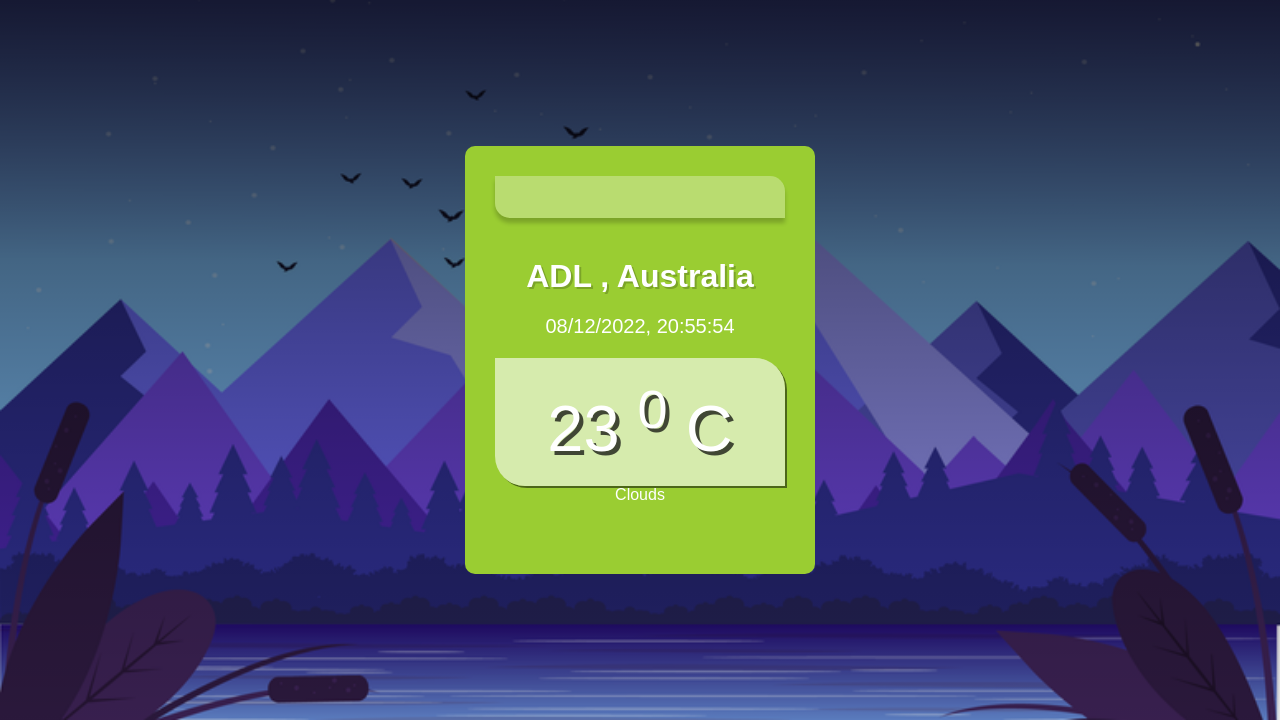
Repository: andrewhuynh561/weather-app-1
Page: index.html
These files come from the project's save history. The page is drawn as it stood at one moment and after the next save; the edit follows.
The browser window is 1280 px wide. The pictures show the whole page.

Above is the page before, as saved 2022-12-08 21:06:27.

### index.html
<!DOCTYPE html>
<html lang="en">
<head>
    <meta charset="UTF-8">
    <meta http-equiv="X-UA-Compatible" content="IE=edge">
    <meta name="viewport" content="width=device-width, initial-scale=1.0">
    <title>Weather app</title>
    <link
     rel="stylesheet"
     href="https://cdnjs.cloudflare.com/ajax/libs/font-awesome/6.0.0-beta2/css/all.min.css"
     integrity="sha512-YWzhKL2whUzgiheMoBFwW8CKV4qpHQAEuvilg9FAn5VJUDwKZZxkJNuGM4XkWuk94WCrrwslk8yWNGmY1EduTA=="
     crossorigin="anonymous"
     referrerpolicy="no-referrer">
    <link rel="stylesheet" href="style.css">
</head>
<body>
    <div id="weather">
        <input type="text" class="search">
        <div class="content">
            <h1 class="capital">
                <span class="city">ADL</span>
                <span>,</span>
                <span class="country">Australia</span>
            </h1>

            <div class="time">08/12/2022, 20:55:54</div>

            <div class="temperature">
                <span class="value">23 <sup>0</sup> C</span>
            </div>

            <div class="short-desc">Clouds</div>
        </div>
    </div>

</body>
</html>

### style.css
*{
    margin: 0;
    padding: 0;
    box-sizing: border-box;
}
body{
    font-family: sans-serif;
    height: 100vh;
    display: flex;
    justify-content: center;
    align-items: center;
    background: linear-gradient(to bottom, rgba(0,0,0,0.7),rgba(0,0,0,0.1)),url(./image/222.png)  no-repeat center/cover;
}

#weather{
    width: 350px;
    border-radius:10px ;
    padding: 30px 30px;
    background: yellowgreen;
}

.search{
    width: 100%;
    padding: 10px 20px;
    border: none;
    outline: none;
    background: rgba(255,255,255,0.3);
    border-radius: 0 15px 0 15px;
    box-shadow:0 5px 4px rgba(0,0,0,0.2);
    transition:0.4s ;
    font-size: 19px;
}
.search:focus{
    background: rgba(255,255,255,0.7);
    border-radius: 15px 0 15px 0;
}
.content{
    text-align: center;
    color: white;
    margin: 40px 0;
}
.capital{
    text-shadow: 2px 2px rgba(0,0,0,0.2);
}
.time{
    margin: 20px 0;
    font-size: 15pt;
}
.temperature{
    font-size: 65px;
    text-shadow: 4px 4px rgba(0,0,0,0.7);
    background: rgba(255,255,255,0.6);
    box-shadow: 2px 2px rgba(0,0,0,0.5);
    border: none;
    border-radius: 0 30px;
    padding: 20px;
}

After the next save:
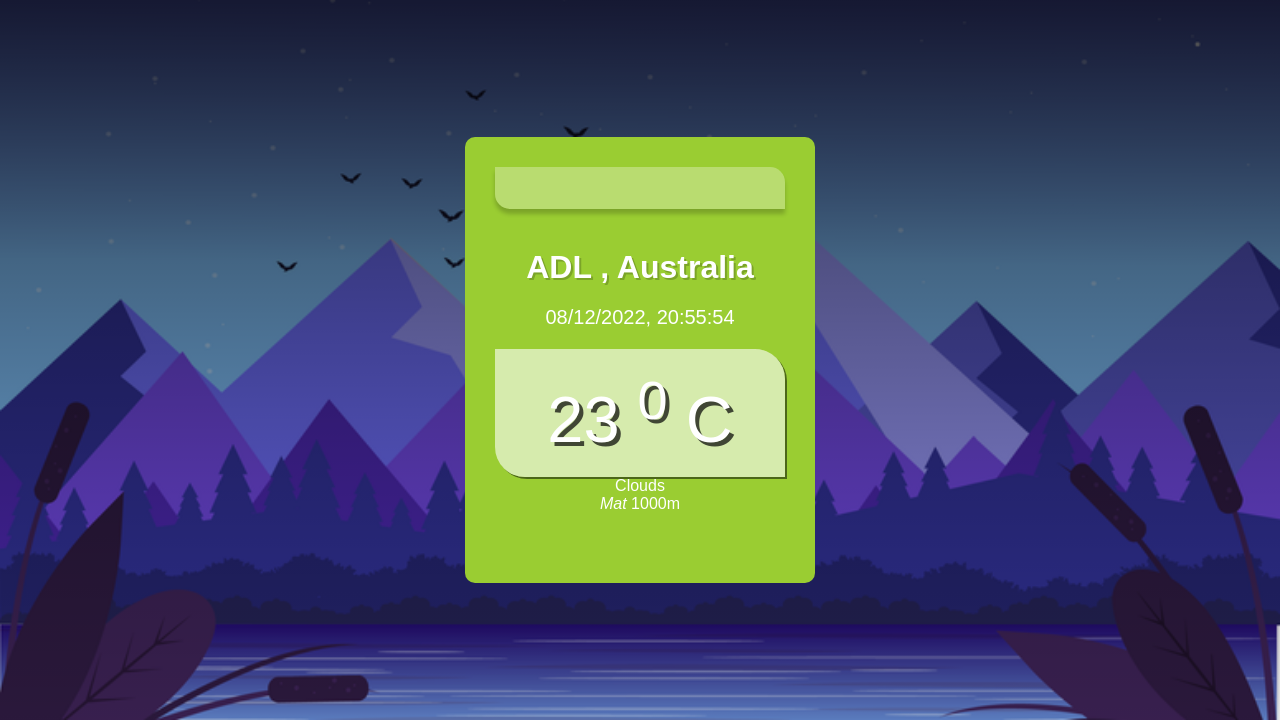
Saved 6 min 54 s later.
--- a/index.html
+++ b/index.html
@@ -30,6 +30,13 @@
             </div>
 
             <div class="short-desc">Clouds</div>
+
+            <div class="more-desc">
+                <div class="visibility">
+                    <i>Mat</i>
+                    <span>1000m</span>
+                </div>
+            </div>
         </div>
     </div>
 
